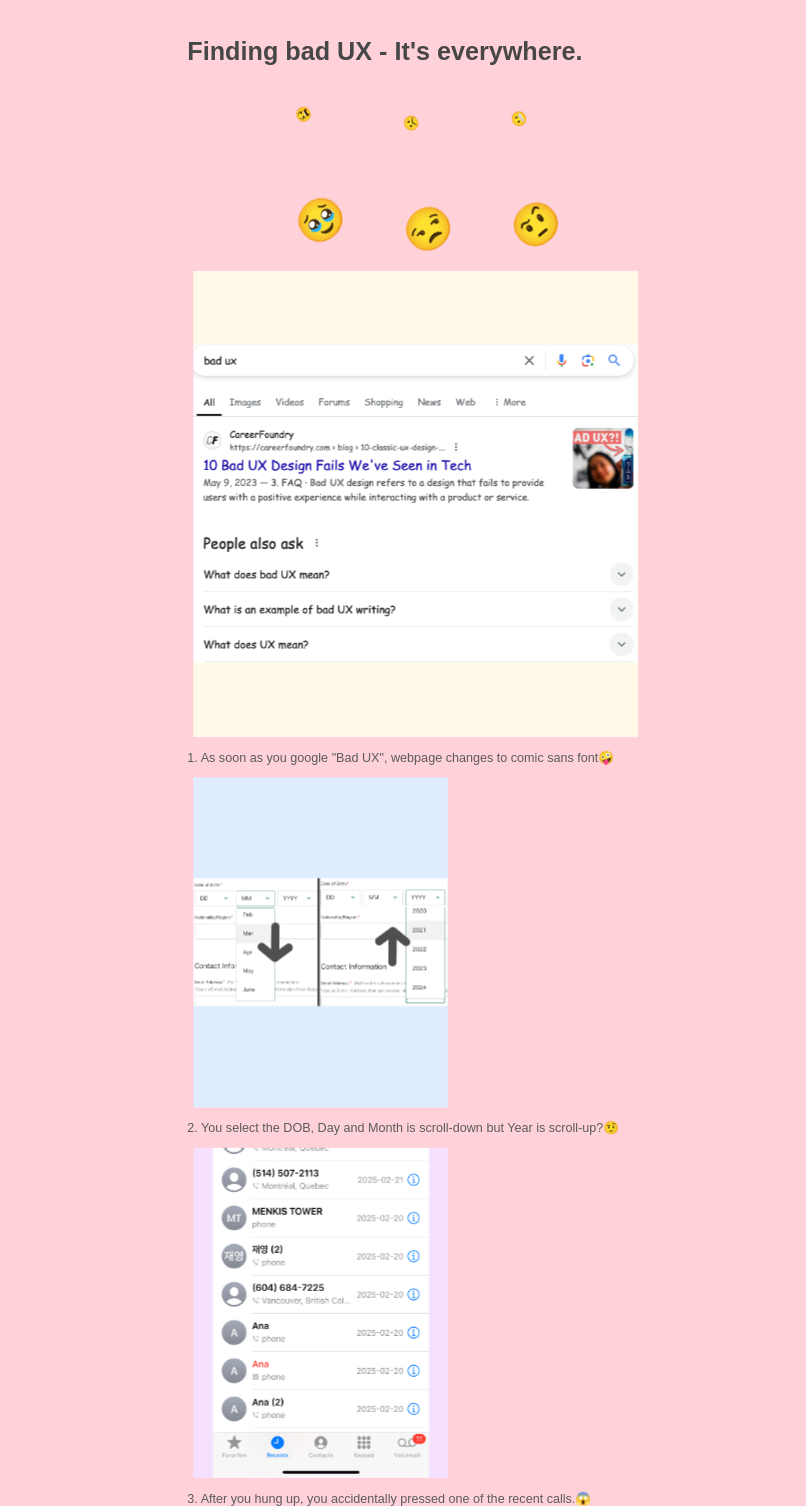
Repository: j1s00jang/MDIA-2109
Page: badUX.html
These files come from the project's save history. The page is drawn as it stood at one moment and after the next save; the edit follows.
The browser window is 1280 px wide. The pictures show the whole page, at 63% of full size.
Some web libraries are served in a nearby version.

Above is the page before, as saved 2025-03-02 13:26:11.

After the next save:
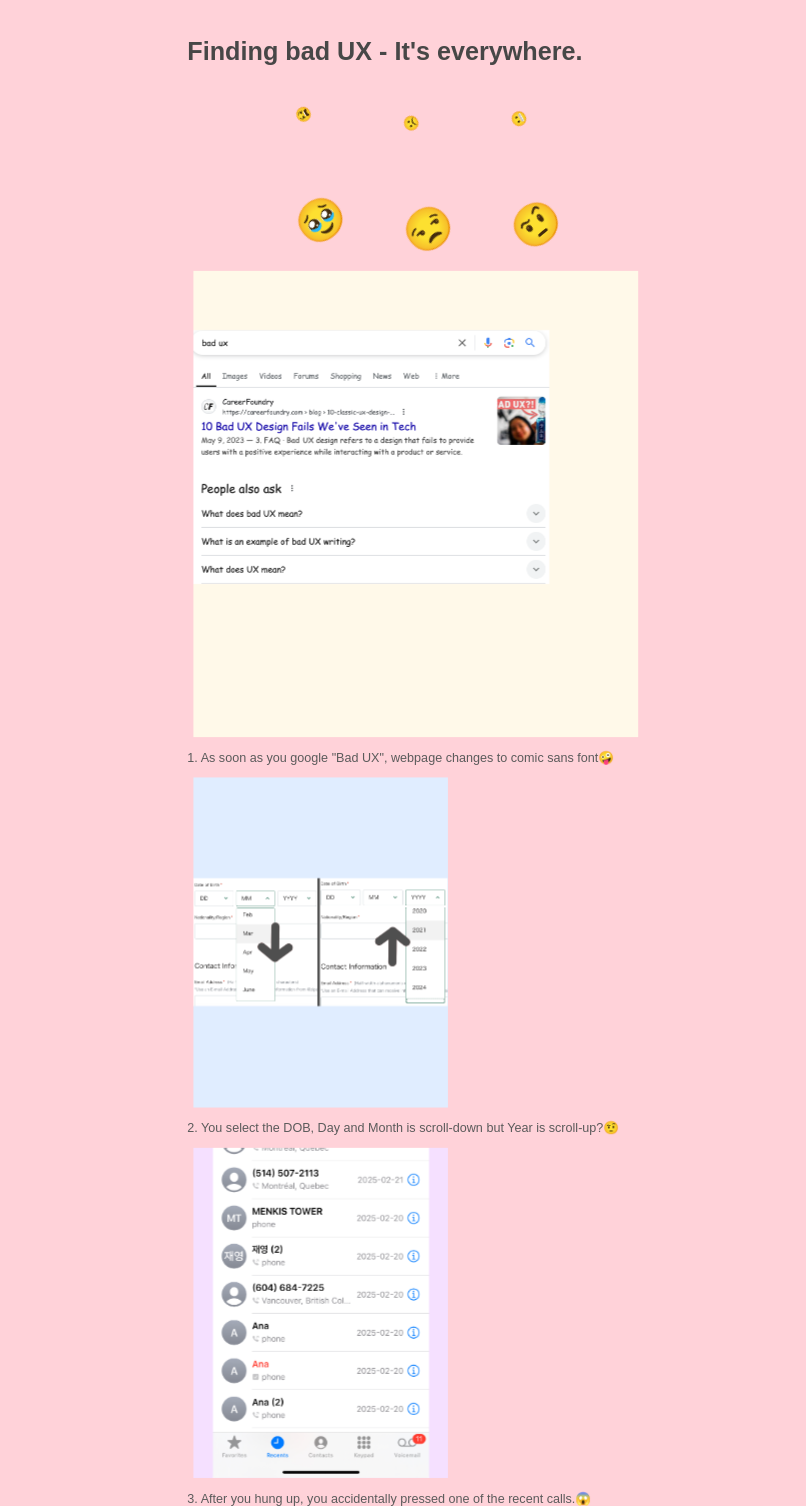
Saved 41 s later.
--- a/css/badUXstyles.css
+++ b/css/badUXstyles.css
@@ -51,6 +51,9 @@ body {
     object-fit: contain;
     object-position: center;
     opacity: 1;
+
+    max-width: 80%;   /* 너비를 부모 요소의 80%까지만 */
+    max-height: 80%;
     }
 
 
